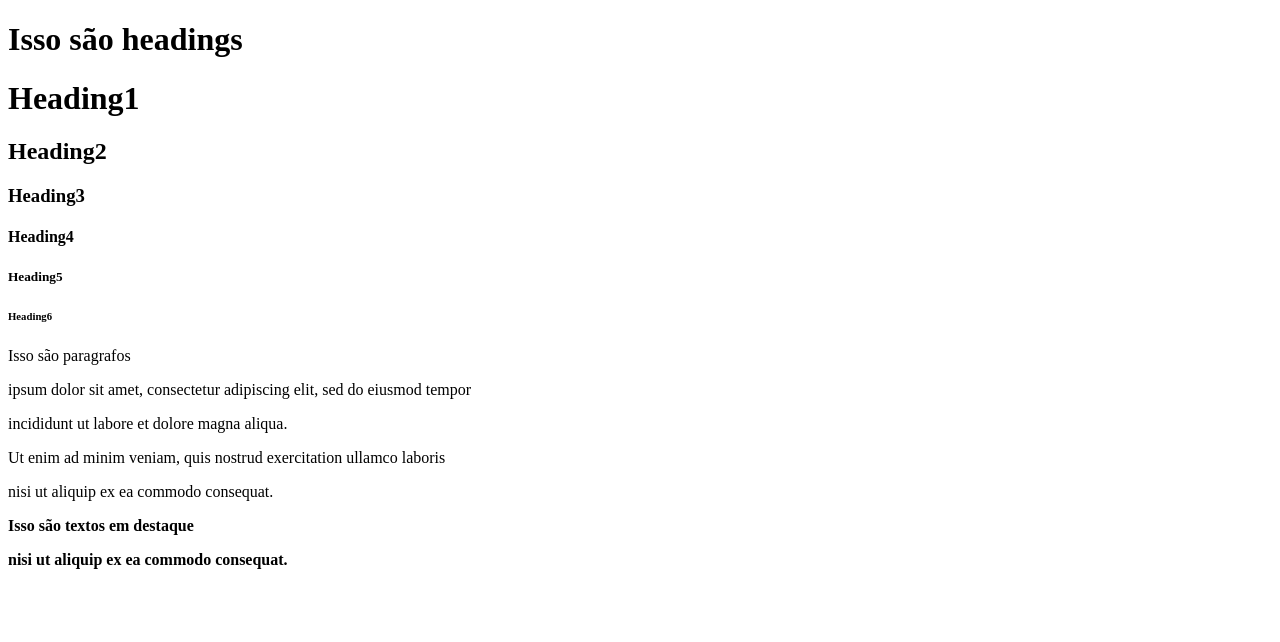
Repository: fnafelipe/TheOdinProject
Page: HTML/working-with-text/index.html
These files come from the project's save history. The page is drawn as it stood at one moment and after the next save; the edit follows.
The browser window is 1280 px wide. The pictures show the whole page.

Above is the page before, as saved 2026-09-02 20:43:38.

After the next save:
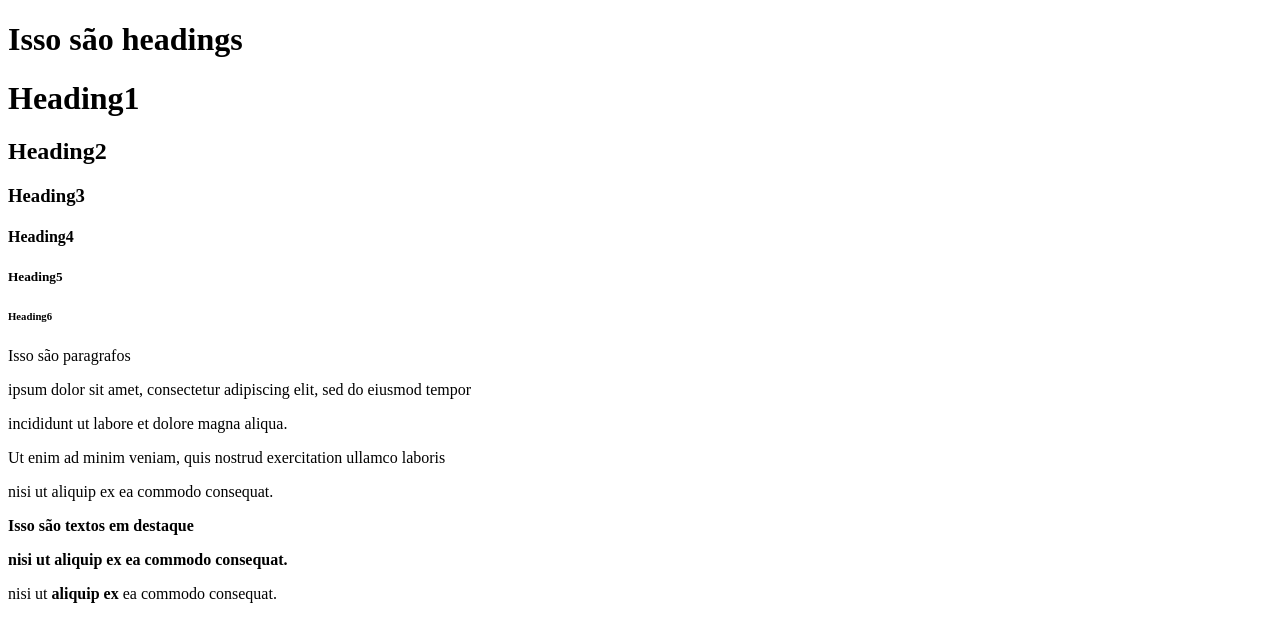
Saved 26 s later.
--- a/HTML/working-with-text/index.html
+++ b/HTML/working-with-text/index.html
@@ -26,6 +26,7 @@
     <b>Isso são textos em destaque</b>
 
     <p><b>nisi ut aliquip ex ea commodo consequat.</b></p>
+    <p>nisi ut <b>aliquip ex</b> ea commodo consequat.</p>
 
 </body>
 
